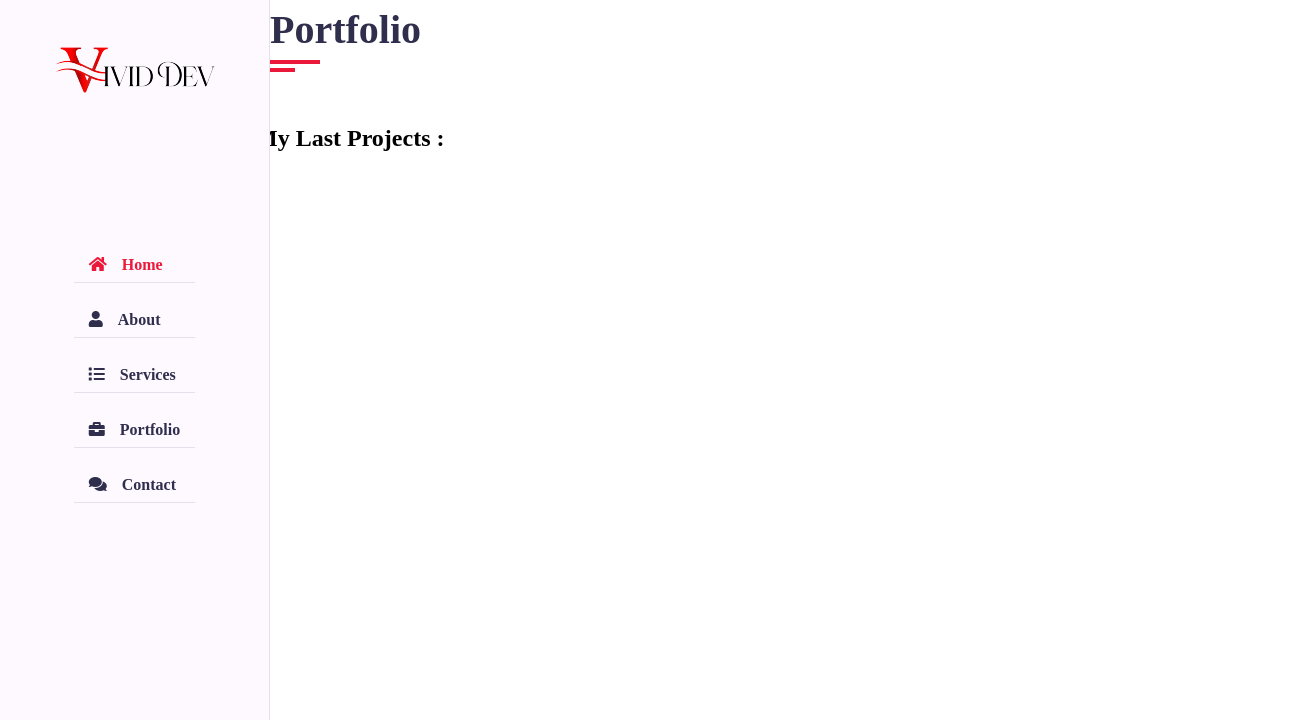
Repository: Big-Fave1/vivid-dev-portfolio
Page: build/index.html
An editor plug-in stored every save of this project. The page is shown before and after the next save, followed by the edit.
The browser window is 1280 px wide. The page is 1295 px wide, so the pictures cover 1295 px, including what lies to the right of the window. The pictures show the whole page.
Some web fonts or font styles are not loaded; a fallback is used.

Above is the page before, as saved 2025-06-02 10:49:01.

### build/index.html
<!DOCTYPE html>
<html lang="en">
<head>
    <meta charset="UTF-8">
    <meta name="viewport" content="width=device-width, initial-scale=1.0">
    <title>Vivid Dev Portfolio</title>
    <link rel="stylesheet" href="css/style.css">
    <link rel="stylesheet" href="css/color-1.css">
    <link rel="stylesheet" href="https://cdnjs.cloudflare.com/ajax/libs/font-awesome/5.15.4/css/all.min.css">
</head>
<body>
    <!--- ==== main container Start==== -->
    <div class="main-container"></div>
    <!--- ==== Aside Start === -->
    <div class="aside">
        <div class="logo">
        <a href="#"><img src="img/vivid 3.png" alt=""></a>
        </div>
        <div class="nav-toggler">
            <i class="fa fa-bars" aria-hidden="true"></i>
        </div>
        <ul class="nav">
            <li><a href="#" class="active"><i class="fa fa-home"></i>Home</a></li>
            <li><a href="#"><i class="fa fa-user"></i>About</a></li>
            <li><a href="#"><i class="fa fa-list"></i>Services</a></li>
            <li><a href="#"><i class="fa fa-briefcase"></i>Portfolio</a></li>
            <li><a href="#"><i class="fa fa-comments"></i>Contact</a></li>
        </ul>
    </div>
    <!--- ==== Aside End === -->
    <!--- ==== Main content Start === -->
    <div class="main-content">
        <!--- === Home Section Start === -->
        <section class="home section hidden">
            <div class="container">
                <div class="row">
                    <div class="home-info padd-15">
                        <h3 class="hello">Hello, my name is <span class="name">Favour Chimdiogo</span></h3>
                        <h3 class="my-profession">I'm a <Span class="typing">Web Developer</Span></h3>
                        <p>I'm a web designer with extensive experience for over a year.My expertise is to create a website design, and many more...</p>
                    <a href="#contact" class="btn hire-me">Hire Me</a>
                    </div>
                    <div class="home-img padd-15">
                        <img src="img/home image.jpg" alt="">
                    </div>
                </div>
            </div>
        </section>
    <!--- === Home Section End === -->
    <!--- === About  Section Start === -->
        <section class="about section hidden">
            <div class="container">
                <div class="row">
                    <div class="section-title padd-15">
                        <h2>About Me</h2>
                    </div>
                </div>
                <div class="row">
                    <div class="about-content padd-15">
                        <div class="row">
                            <div class="about-text padd-15">
                                <h3>I'm Favour Chimdiogo a <span>Web Developer</span></h3>
                                <p>Lorem ipsum dolor, sit amet consectetur adipisicing elit. Eos aperiam doloribus eligendi nulla temporibus quam incidunt qui molestiae, maxime id, suscipit sit alias recusandae iure expedita minima aliquam quos quisquam.</p>
                            </div>
                        </div>
                        <div class="row">
                            <div class="personal-info padd-15">
                                <div class="row">
                                    <div class="info-item padd-15">
                                        <p>Birthday : <span>09 April 2005</span></p>
                                    </div>
                                    <div class="info-item padd-15">
                                        <p>Age : <span>20</span></p>
                                    </div>
                                    <div class="info-item padd-15">
                                        <p>website : <span>www.domain.com</span></p>
                                    </div>
                                    <div class="info-item padd-15">
                                        <p>Email : <span>osonduf33@gmail.com</span></p>
                                    </div>
                                    <div class="info-item padd-15">
                                        <p>Phone : <span>+ 234 8124 298 332</span></p>
                                    </div>
                                    <div class="info-item padd-15">
                                        <p>Country : <span>Nigeria</span></p>
                                    </div>
                                    <div class="info-item padd-15">
                                        <p>Freelance : <span>Available</span></p>
                                    </div>
                                </div>
                                <div class="row">
                                    <div class="buttons padd-15">
                                        <a href="#" class="btn">Download CV</a>
                                        <a href="#contact" class="btn hire-me padd-15">Hire Me</a>
                                    </div>
                                </div>
                            </div>
                            <div class="skills padd-15">
                                <div class="row">
                                    <div class="skill-item  padd-15">
                                        <h5>JS</h5>
                                        <div class="progress">
                                            <div class="progress-in" style="width: 86%;"></div>
                                            <div class="skill-percent">86%</div>
                                        </div>
                                    </div>
                                    <div class="skill-item  padd-15">
                                        <h5>CSS</h5>
                                        <div class="progress">
                                            <div class="progress-in" style="width: 96%;"></div>
                                            <div class="skill-percent">96%</div>
                                        </div>
                                    </div>
                                    <div class="skill-item  padd-15">
                                        <h5>HTML</h5>
                                        <div class="progress">
                                            <div class="progress-in" style="width: 98%;"></div>
                                            <div class="skill-percent">98%</div>
                                        </div>
                                    </div>
                                </div>
                            </div>
                        </div>
                        <div class="row">
                            <div class="education padd-15">
                                <h3 class="title">Education</h3>
                                <div class="row">
                                    <div class="timeline-box padd-15">
                                        <div class="timeline shadow-dark">
                                            <!-- ===== timeline item ==== -->
                                             <div class="timeline-item">
                                                <div class="circle-dot"></div>
                                                <h3 class="timeline-date">
                                                    <i class="fa fa-calendar"></i> 2022 - 2025
                                                </h3>
                                                <h4 class="timeline-title">Master in computer Science</h4>
                                                <p class="timeline-text">Lorem ipsum, dolor sit amet consectetur adipisicing elit. Quae, dolorum minus. Nostrum labore dignissimos saepe sunt dolore totam illo magni temporibus, repellendus porro facilis deleniti. Vero qui mollitia labore distinctio.</p>
                                             </div>
                                        </div>
                                    </div>
                                </div>
                            </div>
                            <div class="experience padd-15">
                                <h3 class="title">Experience</h3>
                                <div class="row">
                                    <div class="timeline-box padd-15">
                                        <div class="timeline shadow-dark">
                                            <!-- ===== timeline item ==== -->
                                             <div class="timeline-item">
                                                <div class="circle-dot"></div>
                                                <h3 class="timeline-date">
                                                    <i class="fa fa-calendar"></i> 2022 - 2025
                                                </h3>
                                                <h4 class="timeline-title">Master in computer Science</h4>
                                                <p class="timeline-text">Lorem ipsum, dolor sit amet consectetur adipisicing elit. Quae, dolorum minus. Nostrum labore dignissimos saepe sunt dolore totam illo magni temporibus, repellendus porro facilis deleniti. Vero qui mollitia labore distinctio.</p>
                                             </div>
                                        </div>
                                    </div>
                                </div>
                            </div>
                        </div>
                    </div>
                </div>
            </div>
        </section>
    <!--- === About  Section End === -->
    <!--- === Services Section Start === -->
        <section class="service section hidden">
            <div class="container">
                <div class="row">
                    <div class="section-title padd-15">
                        <h2>Services</h2>
                    </div>
                </div>
                <div class="row">
                    <!--- ==== Services item Start ==== -->
                    <div class="service-item padd-15">
                        <div class="service-item-inner">
                            <div class="icon">
                                <i class="fa fa-mobile-alt"></i>
                            </div>
                            <h4>Web Design</h4>
                            <p>Lorem ipsum dolor sit amet consectetur adipisicing elit. Beatae labore aliquid.</p>
                        </div>
                    </div>
                    <!--- ==== Services item End ==== -->
                    <!--- ==== Services item Start ==== -->
                    <div class="service-item padd-15">
                        <div class="service-item-inner">
                            <div class="icon">
                                <i class="fa fa-laptop-code"></i>
                            </div>
                            <h4>Web Design</h4>
                            <p>Lorem ipsum dolor sit amet consectetur adipisicing elit. Beatae labore aliquid.</p>
                        </div>
                    </div>
                    <!--- ==== Services item End ==== -->
                    <!--- ==== Services item Start ==== -->
                    <div class="service-item padd-15">
                        <div class="service-item-inner">
                            <div class="icon">
                                <i class="fa fa-palette"></i>
                            </div>
                            <h4>Web Design</h4>
                            <p>Lorem ipsum dolor sit amet consectetur adipisicing elit. Beatae labore aliquid.</p>
                        </div>
                    </div>
                    <!--- ==== Services item End ==== -->
                    <!--- ==== Services item Start ==== -->
                    <div class="service-item padd-15">
                        <div class="service-item-inner">
                            <div class="icon">
                                <i class="fa fa-code"></i>
                            </div>
                            <h4>Web Design</h4>
                            <p>Lorem ipsum dolor sit amet consectetur adipisicing elit. Beatae labore aliquid.</p>
                        </div>
                    </div>
                    <!--- ==== Services item End ==== -->
                    <!--- ==== Services item Start ==== -->
                    <div class="service-item padd-15">
                        <div class="service-item-inner">
                            <div class="icon">
                                <i class="fa fa-search"></i>
                            </div>
                            <h4>Web Design</h4>
                            <p>Lorem ipsum dolor sit amet consectetur adipisicing elit. Beatae labore aliquid.</p>
                        </div>
                    </div>
                    <!--- ==== Services item End ==== -->
                    <!--- ==== Services item Start ==== -->
                    <div class="service-item padd-15">
                        <div class="service-item-inner">
                            <div class="icon">
                                <i class="fa fa-bullhorn"></i>
                            </div>
                            <h4>Web Design</h4>
                            <p>Lorem ipsum dolor sit amet consectetur adipisicing elit. Beatae labore aliquid.</p>
                        </div>
                    </div>
                    <!--- ==== Services item End ==== -->
                </div>
            </div>

        </section>
    <!--- === Services Section End === -->
    <!--- === Portfolio Section Start === -->
        <section class="portfolio-section">
            <div class="container">
                <div class="row">
                    <div class="section-title padd-15">
                        <h2>Portfolio</h2>
                    </div>
                </div>
                <div class="row">
                    <div class="portfolio-heading">
                        <h2>My Last Projects :</h2>
                    </div>
                </div>
            </div>
        </section>
    <!--- === Portfolio Section End === -->

    </div>
    <!--- ==== Main content End === -->
    <!--- ====main container End === -->
</body>
</html>

### build/css/style.css

@import url('https://fonts.googleapis.com/css2?family=Clicker+Script&family=Poppins:ital,wght@0,100;0,200;0,300;0,400;0,500;0,600;0,700;0,800;0,900;1,100;1,200;1,300;1,400;1,500;1,600;1,700;1,800;1,900&display=swap');

:root
{
    --bg-black-900:#f2f2fc;
    --bg-black-100:#fdf9ff;
    --bg-black-50:#e8dfec;
    --text-black-900:#302e4d;
    --text-black-700:#504e70;

}

body
{
    line-height:1.5;
    font-size:16px;
    font-family: 'Poppins'sans-serif;
}

*
{
    margin: 0;
    padding: 0;
    outline: none;
    text-decoration: none;
    text-decoration: none;
    box-sizing: border-box;
}
::before, ::after
{
    box-sizing: border-box;
}
ul
{
    list-style: none;
}
.section
{
    background:var(--bg-black-900);
    min-height: 100vh;
    display: block;
    padding: 0 30px;
    opacity: 1;
}
.hidden
{
    display: none !important;
}
.main-content
{
    padding-left: 270px;
}
.padd-15
{
    padding-left: 15px;
    padding-right: 15px;
}
.container{
    max-width: 1100px;
    width: 100%;
    margin: auto;
}
.section .container
{
    padding-top: 60px;
    padding-bottom: 70px;

}
.section-title
{
    flex: 0 0 100%;
    max-width: 100%;
    margin-bottom: 60px;

}
.section-title h2
{
    font-size: 40px;
    color: var(--text-black-900);
    font-weight: 700;
    position: relative;
}
.section-title h2::before
{
   content: '';
   height: 4px;
   width: 50px;
   background-color: var(--skin-color);
   position: absolute;
   top: 100%;
   left: 0;
}
.section-title h2::after
{
   content: '';
   height: 4px;
   width: 25px;
   background-color: var(--skin-color);
   position: absolute;
   top: 100%;
   left: 0;
   margin-top:8px;
}
.row
{
    display: flex;
    flex-wrap: wrap;
    margin-left: -15px;
    margin-right: -15px;
    position: relative;
}
.btn
{
    font-size: 16px;
    font-weight: 500;
    padding: 12px 35px;
    background: var(--skin-color);
    color: white;
    border: none;
    display: inline-block;
    white-space: nowrap;
    transition: all 0.3s ease;
    border-radius:40px;
}
.btn:hover
{
    transform: scale(1.05);
}
.shadow-dark
{
    box-shadow: 0 0 20px rgba(48, 46,77, 0.15);
}
/* aside */
.aside
{
width: 270px;
background:var(--bg-black-100);
position: fixed;
left: 0;
top: 0;
padding: 30px;
height: 100%;
border-right:1px solid var(--bg-black-50);
z-index: 10;
display: flex;
justify-content: center;
align-items: center;
}
.aside .logo
{
    position: absolute;
    top: -30px;
    ;
}
.aside .logo a
{
    color: var(--bg-black-900);
    font-weight: 700;
    padding: 15px 20px;
    font-size: 30px;
    position: relative;
}
/*.aside .logo a span
.aside .logo a:before
{
    content:'';
    position: absolute;
    width: 20px;
    height: 20px;
    border-bottom: 5px solid var(--skin-color);
    border-left: 5px solid var(--skin-color);
    bottom: 0;
    left: 0;

}
.aside .logo a:after
{
    content:'';
    position: absolute;
    width: 20px;
    height: 20px;
    border-top: 5px solid var(--skin-color);
    border-right: 5px solid var(--skin-color);
    top: 0;
    right: 0;

}
    */
.aside .nav-toggler
{
    height: 40px;
    width: 45px;
    border: 1px solid var(--bg-black-50);
    cursor: pointer;
    position: fixed;
    left: 300px;
    top: 20px;
    color: var(--skin-color);
    border-radius: 5px;
    background:var(--bg-black-100);
    display: none;
    align-items:center;
    justify-content: center;
}
.aside .nav
{
    margin-top: 50px;
}
.aside .nav li
{
    margin-bottom: 20px;
    display: block;
}
.aside .nav li a
{
    font-size: 16px;
    font-weight: 600;
    display: block;
    border-bottom:1px solid var(--bg-black-50);
    color:var(--text-black-900);
    padding: 5px 15px;
}
.aside .nav li a.active
{
    color:var(--skin-color);
}
.aside .nav li a i
{
    margin-right: 15px;

}
/* home*/
.home
{
    min-height: 100vh;
    display: flex;
    color: var(--text-black-900);

}
.home-info
{
    flex: 0 60%;
    max-width: 60%;
}
h3.hello
{
    font-size: 28px;
    margin: 15PX 0;
}
h3.hello span
{
    font-family: 'clicker script', cursive;
    font-size: 30px;
    font-weight: 700;
    color:var(--skin-color);
}
h3.my-profession
{
    font-size:30px;
    margin: 15px 0;
}
.typing
{
    color: var(--skin-color);
}
.home-info p
{
    margin-bottom: 70px;
    font-size: 20px;
    color: var(--text-black-700);
}
.home .home-img
{
    flex: 0 0 40%;
    max-width: 40%;
    text-align: center;
    position: relative;
}
.home-img::after
{
    content: '';
    position: absolute;
    height: 80px;
    width: 80px;
    right: 20px;
    bottom: -40px;
    border-bottom: 10px solid var(--skin-color);
    border-right: 10px solid var(--skin-color);
}
.home-img::before
{
    content: '';
    position: absolute;
    height: 80px;
    width: 80px;
    left: -20px;
    top: -40px;
    border-top: 10px solid var(--skin-color);
    border-left: 10px solid var(--skin-color);
}
.home .home-img img
{
    margin: auto;
    border-radius:5px;
    height: 400px;
}
/* About */
.about .about-content
{
    flex: 0 0 100%;
    max-width: 100%;
}
.about .about-content .about-text
{
    flex: 0 0 100%;
    max-width: 100%;
}
.about .about-content .about-text h3
{
    font-size: 24px;
    margin-bottom: 15px;
    font-weight: 700;
    color:var(--text-black-900);
}
.about .about-content .about-text h3 span
{
    color:var(--skin-color);
}
.about .about-content .about-text p
{
    font-size:16px;
    line-height: 25px;
    color: var(--text-black-700);
}
.about .about-content .personal-info
{
    flex: 0 0 60%;
    max-width: 60%;
    margin-top: 40px;
}
.about .about-content .personal-info .info-item p
{
    font-weight: 600;
    padding: 10px 0;
    font-size: 16px;
    color: var(--text-black-900);
    border-bottom: 1px solid var(--bg-black-50);
}
.about .about-content .personal-info .info-item p span
{
    font-weight: 400;
    color: var(--text-black-700);
    margin-left: 4px;
    display: inline-block;
}
.about .about-content .personal-info .info-item
{
    flex: 0 0 50%;
    max-width: 50%;
}
.about .about-content .personal-info .buttons
{
    margin-top: 30px;

}
.about .about-content .personal-info .buttons.btn
{
    margin-right: 30px;
    margin-top: 10px;

}
.about .about-content .skills
{
    flex: 0 0 40%;
    max-width: 40%;
    margin-top: 40px;
}
.about .about-content .skills .skill-item
{
    flex: 0 0 100%;
    max-width: 100%;
}
.about .about-content .skills .skill-item h5
{

    line-height: 40px;
    font-weight: 600;
    font-size: 16px;
    color: var(--text-black-900);
    text-transform: capitalize;
}
.about .about-content .skills .skill-item .progress
{
    background-color: var(--bg-black-50);
    height: 7px;
    border-radius:  4px;
    width: 100%;
    position: relative;
}
.about .about-content .skills .skill-item
{
    margin-bottom: 25px;
}
.about .about-content .skills .skill-item .progress .progress-in
{
    position: absolute;
    left: 0;
    top: 0;
    height: 100%;
    border-radius: 4px;
    background-color: var(--skin-color);
}
.about .about-content .skills .skill-item .skill-percent
{
    position: absolute;
    right: 0;
    color: var(--text-black-900);
    top: -40px;
    font-weight: 400;
    line-height: 40px;
}
.about .about-content .education,
.about .about-content .experience
{
    flex: 0 0 50%;
    max-width: 50%;
    margin-top: 30px;
}
.about .about-content h3.title
{
    font-size: 24px;
    margin-bottom: 30px;
    font-weight: 700;
    color: var(--text-black-900);
}
.about .about-content .timeline
{
   background-color: var(--bg-black-100);
   padding: 30px 15px;
   border: 1px solid  var(--bg-black-50);
   border-radius: 10px;
   width: 100%;
   position: relative;
}
.about .about-content .timeline .timeline-item
{
    position: relative;
    padding-left:  37px;
    padding-bottom: 50px;
}
.about .about-content .timeline .timeline-item::before
{
    content: '';
    width: 1px;
    position: absolute;
    height: 100%;
    left: 7px;
    top: 0;
    background-color: var(--skin-color);
}
.about .about-content .timeline .circle-dot
{
    position: absolute;
    left: 0;
    top: 0;
    height: 15px;
    width: 15px;
    border-radius: 50%;
    background-color: var(--skin-color);
}

.about .about-content .timeline .timeline-date
{
    font-weight: 400;
    font-size: 14px;
    margin-bottom: 12px;
    color: var(--text-black-700);
}
.about .about-content .timeline .timeline-date .fa
{
    margin-right: 5px;
}
.about .about-content .timeline .timeline-title
{
    font-weight: 700;
    font-size: 18px;
    margin-bottom: 15px;
    text-transform: capitalize;
    color: var(--text-black-900);
}
.about .about-content .timeline .timeline-text
{
    line-height: 25px;
    font-size: 16px;
    text-align: justify;
    color: var(--text-black-700);
}
/*services*/
.service .container
{
    padding-bottom: 40px;
}
.service .service-item
{
    margin-bottom: 30px;
    flex: 0 0 33.33%;
    max-width: 33.33%;
}
.service .service-item .service-item-inner
{
   background-color: var(--bg-black-100);
   border: 1px solid var(--bg-black-50);
   border-radius: 10px;
   padding: 30px 15px;
   text-align: center;
   transition: all 0.3s ease;
}
.service .service-item .service-item-inner:hover
{
    box-shadow: 0 0 20px rgba(48, 46,77, 0.15);
}
.service .service-item .service-item-inner .icon
{
    height: 60px;
    width: 60px;
    border-radius: 50%;
    display: block;
    margin: 0 auto 30px;
    text-align: center;
    transition: all 0.3s ease;
}
.service .service-item .service-item-inner .icon .fa
{
    font-size: 40px;
    line-height: 60px;
    color: var(--skin-color);
    transition: all 0.3s ease;
}
.service .service-item .service-item-inner:hover .icon
{
    background: var(--skin-color);
}
.service .service-item .service-item-inner:hover .icon .fa
{
    font-size: 25px;
    color: #ffffff;
}
.service .service-item .service-item-inner h4
{
    font-size: 18px;
    margin-bottom: 15px;
    color: var(--text-black-900);
    font-weight: 700;
    text-transform: capitalize;
}
.service .service-item .service-item-inner p
{
    font-size: 16px;
    color: var(--text-black-700);
    line-height: 25px;
}

### build/css/color-1.css

:root
{
    --skin-color:#ec1839;
}

After the next save:
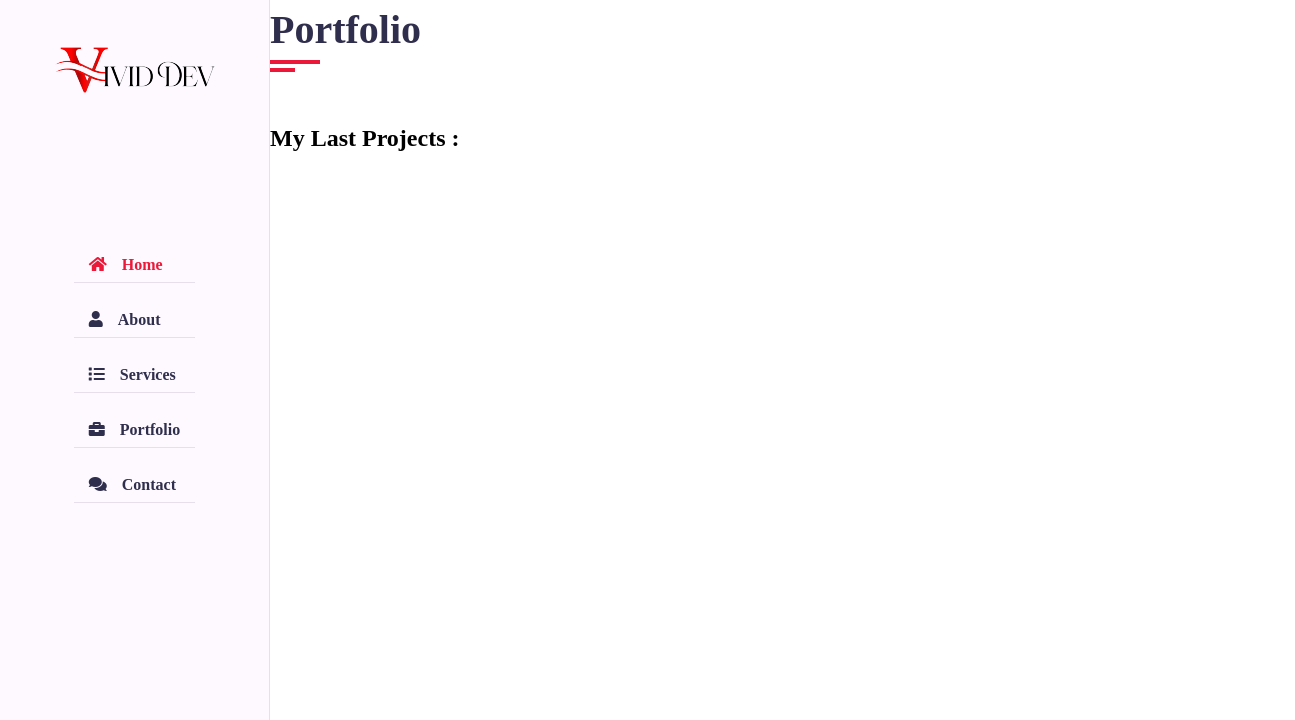
Saved 31 s later.
--- a/build/index.html
+++ b/build/index.html
@@ -253,7 +253,7 @@
                     </div>
                 </div>
                 <div class="row">
-                    <div class="portfolio-heading">
+                    <div class="portfolio-heading padd-15">
                         <h2>My Last Projects :</h2>
                     </div>
                 </div>
